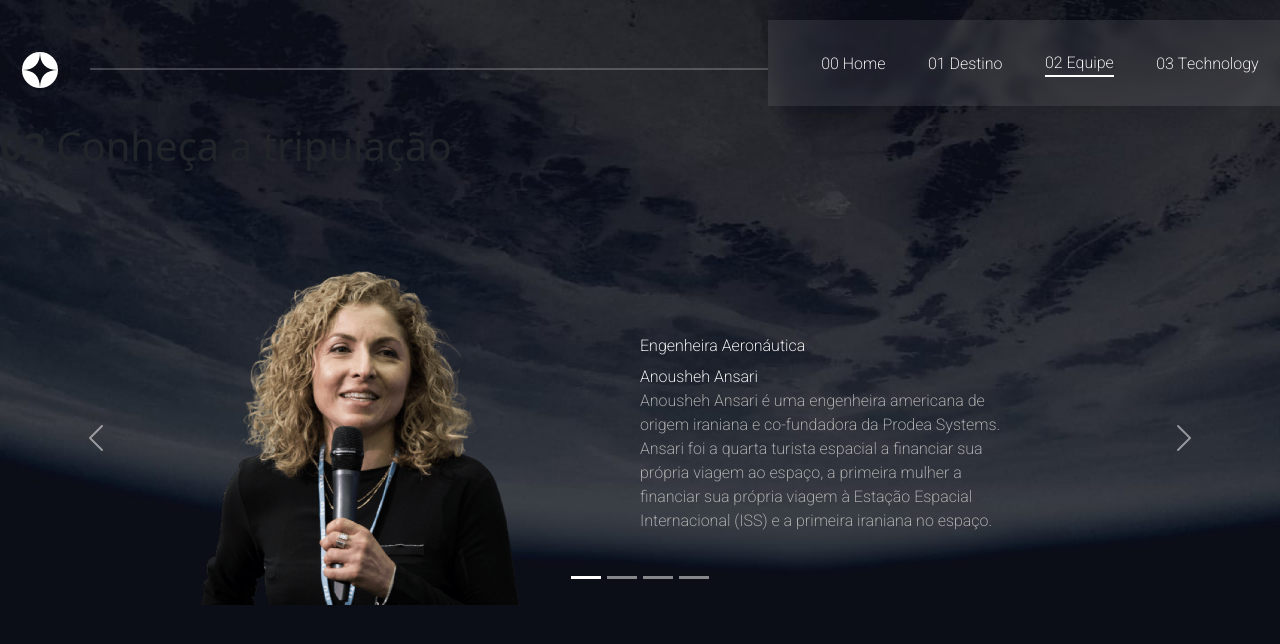
Repository: Leonngc/space-site
Page: crew-commander.html
An editor plug-in stored every save of this project. The page is shown before and after a run of saves, followed by the edit.
The browser window is 1280 px wide. The pictures show the whole page.
Some web libraries are served in a nearby version.

Above is the page before, as saved 2023-05-01 16:18:38.

### crew-commander.html
<!DOCTYPE html>
<html lang="pt-br">
<head>
  <meta charset="UTF-8">
  <meta name="viewport" content="width=device-width, initial-scale=1, minimum-scale=1">

  <link rel="icon" type="image/png" sizes="32x32" href="./assets/favicon-32x32.png">
  <link rel='stylesheet' href='https://cdn-uicons.flaticon.com/uicons-bold-rounded/css/uicons-bold-rounded.css'>
  <link rel="stylesheet" href="starter-code/styles/menu.css">
  <link rel="stylesheet" href="starter-code/styles/crew.css">

  <link href="https://cdn.jsdelivr.net/npm/bootstrap@5.3.0-alpha3/dist/css/bootstrap.min.css" rel="stylesheet" integrity="sha384-KK94CHFLLe+nY2dmCWGMq91rCGa5gtU4mk92HdvYe+M/SXH301p5ILy+dN9+nJOZ" crossorigin="anonymous">
  <script src="starter-code/script/menu.js" defer></script>
  <title>Frontend Mentor | Space tourism website</title>
</head>
<body>

  <header>
    <a href="index.html" target="_parent"><img src="starter-code/assets/shared/logo.svg" alt="" class="logo"></a>

    <div class="line"></div>
    <nav>
      <button class="menu-button"><i class="fi fi-br-menu-burger"></i></button>
      <ul class="menu">
      <li class="item-menu"><a href="index.html" target="_parent">00 Home</a></li>
      <li class="item-menu"><a href="destination-moon.html" target="_blank">01 Destino</a></li>
      <li class="item-menu page-active"><a href="#">02 Equipe</a></li>
      <li class="item-menu"><a href="#">03 Technology</a></li>
      </ul>
    </nav>
  </header>

  <h1><strong>02</strong> Conheça a tripulação</h1>

  <div id="carouselExampleIndicators" class="carousel slide" style="margin-top: 100px; margin-bottom: 100px;">
    <div class="carousel-indicators">
      <button type="button" data-bs-target="#carouselExampleIndicators" data-bs-slide-to="0" class="active" aria-current="true" aria-label="Slide 1"></button>
      <button type="button" data-bs-target="#carouselExampleIndicators" data-bs-slide-to="1" aria-label="Slide 2"></button>
      <button type="button" data-bs-target="#carouselExampleIndicators" data-bs-slide-to="2" aria-label="Slide 3"></button>
      <button type="button" data-bs-target="#carouselExampleIndicators" data-bs-slide-to="3" aria-label="Slide 4"></button>
    </div>
    <div class="carousel-inner">
      <div class="carousel-item active">
        <img src="starter-code/assets/crew/image-anousheh-ansari.png" class="d-flex w-5" alt="...">
        <div class="text-box">
          <h2>Engenheira Aeronáutica</h2>
          Anousheh Ansari

          <p>
            Anousheh Ansari é uma engenheira americana de origem iraniana e co-fundadora da Prodea Systems. Ansari foi a quarta turista espacial a financiar sua própria viagem ao espaço, a primeira mulher a financiar sua própria viagem à Estação Espacial Internacional (ISS) e a primeira iraniana no espaço.
          </p>
        </div>
      </div>
      <div class="carousel-item">
        <img src="starter-code/assets/crew/image-douglas-hurley.png" class="d-flex w-5" alt="...">

          <div class="text-box">
            <h2>Comandante</h2>
            <h3>Douglas Hurley</h3>
              <p>
                Douglas Gerald Hurley é um engenheiro, ex-piloto do Corpo de Fuzileiros Navais dos Estados Unidos e ex-astronauta da NASA. Ele foi lançado ao espaço pela terceira vez como comandante da missão Crew Dragon Demo-2.
              </p>
          </div>
      </div>
      <div class="carousel-item">
        <img src="starter-code/assets/crew/image-mark-shuttleworth.png" class="d-flex w-5" alt="...">
        <div class="text-box">
          <h2>Especialista em missões</h2>
          <h3>Mark Shuttleworth</h3>
          <p>
            Mark Richard Shuttleworth é o fundador e CEO da Canonical, a empresa por trás do sistema operacional baseado em Linux, o Ubuntu. Shuttleworth se tornou o primeiro sul-africano a viajar para o espaço como turista espacial.
          </p>
        </div>
      </div>
      <div class="carousel-item">
        <img src="starter-code/assets/crew/image-victor-glover.png" class="d-flex w-5" alt="...">
        <div class="text-box">
          <h2>Piloto</h2>
          <h3>Victor Glover</h3>
          <p>
            Piloto do primeiro voo operacional da nave SpaceX Crew Dragon para a Estação Espacial Internacional. Glover é comandante na Marinha dos Estados Unidos, onde pilota um F/A-18. Ele foi membro da tripulação da Expedição 64 e atuou como engenheiro de sistemas de voo da estação.
          </p>
        </div>
      </div>

    </div>
    <button class="carousel-control-prev" type="button" data-bs-target="#carouselExampleIndicators" data-bs-slide="prev">
      <span class="carousel-control-prev-icon" aria-hidden="true"></span>
      <span class="visually-hidden">Previous</span>
    </button>
    <button class="carousel-control-next" type="button" data-bs-target="#carouselExampleIndicators" data-bs-slide="next">
      <span class="carousel-control-next-icon" aria-hidden="true"></span>
      <span class="visually-hidden">Next</span>
    </button>
  </div>


</body>

<script src="https://cdn.jsdelivr.net/npm/@popperjs/core@2.11.7/dist/umd/popper.min.js" integrity="sha384-zYPOMqeu1DAVkHiLqWBUTcbYfZ8osu1Nd6Z89ify25QV9guujx43ITvfi12/QExE" crossorigin="anonymous"></script>
<script src="https://cdn.jsdelivr.net/npm/bootstrap@5.3.0-alpha3/dist/js/bootstrap.min.js" integrity="sha384-Y4oOpwW3duJdCWv5ly8SCFYWqFDsfob/3GkgExXKV4idmbt98QcxXYs9UoXAB7BZ" crossorigin="anonymous"></script>
</html>

### starter-code/styles/menu.css
@import url('https://fonts.googleapis.com/css2?family=Heebo:wght@200&display=swap');

*{
    padding: 0;
    margin: 0;
}


header{
    display: flex;
    justify-content: space-between;
}

.menu{
    display: none;
    margin-top: 20px;
    display: flex;
    width: 40vw ;
    height: 12vh;
    position: relative;
    list-style: none;
    overflow-x: hidden;
    background: rgba(255, 255, 255, 0.21);
    background: rgba(255, 255, 255, 0.08);
    box-shadow: 0 4px 30px rgba(0, 0, 0, 0.1);
    backdrop-filter: blur(5px);
    -webkit-backdrop-filter: blur(5px);
}

.item-menu{
    margin: auto;
}

.item-menu a{
    text-decoration: none;
    font-family: 'Heebo', sans-serif;
    color: white;
}


.line{
    background-color:  rgba(255, 255, 255, 0.21);
    height: 2px;
    width: 1110px;
    margin-top: 68px;
    margin-left: 30px;
}

.logo{
    margin-top: 50px;
    margin-left: 20px;
    width: 40px;
    height: 40px;
    padding: 2px;
}

.page-active{
    border-bottom: 2px solid white;
}

ul li > a:hover{
    font-size: 18px;
    transition: 2s;
}

.menu-button{
    display: none;
}



@media (max-width: 999px){
    .line{
        display: none;
    }
    body{
        overflow-x: hidden;
        max-width: 100vw;
    }


    .menu{
        position: absolute;
        right: 0;
        flex-direction: column;
        width: 80vw;
        height: 90vh;
        z-index: 10000;
        margin: 0;
        border-top-left-radius: 15px;
        border-bottom-left-radius: 15px;
        transform: translateX(100%);
        transition: transform 0.6s ease-in;
        background: rgba(0, 0, 0, 0.392);
        background: rgba(0, 0, 0, 0.545);
        box-shadow: 0 4px 30px rgba(0, 0, 0, 0.1);
        backdrop-filter: blur(5px);
        -webkit-backdrop-filter: blur(5px);
    }




    .menu li{
       color: white;
       font-size: 18px;
       font-weight: bold;
    }

    .menu-button{
        display: block;
        font-size: 40px;
        color: white;
        background: none;
        border: none;
        padding: 10px;
        margin-top: 40px;
    }

    ul.active{
        transform: translateX(0);
    }

}

### starter-code/styles/crew.css
@import url('https://fonts.googleapis.com/css2?family=Barlow&display=swap');
@import url('https://fonts.googleapis.com/css2?family=Heebo:wght@200&display=swap');
/*  font-family: 'Barlow', sans-serif;
    font-family: 'Heebo', sans-serif;
*/

:root{
    --title-font: 'Barlow';
    --paragraph-font: 'Heebo';
}




body{
    background-image: url(../assets/crew/background-crew-desktop.jpg);
    background-size: cover;
    background-repeat: no-repeat;
}



.carousel-inner  img{
    margin: 0;
    margin-left: 200px;
    width: 320px;
    left: 20%;
}

.text-box{
    position: absolute;
    top: 20%;
    left: 50%;
    color: white;
    width: 30vw;
    font-family: var(--paragraph-font);
}

.text-box > h2{
    font-size: 16px;
}

.text-box > h3{
    font-size: 30px;
}

.text-box > p{
    color: #b4b3b3;
}

### starter-code/script/menu.js
class MobileNavbar{
    constructor(mobileMenu, navList, navLink){
        this.mobileMenu = document.querySelector(mobileMenu);
        this.navList = document.querySelector(navList);
        this.navLink = document.querySelector(navLink);
        this.activeClass = "active";
        this.handleClick = this.handleClick.bind(this)

    }

    handleClick(){
        this.mobileMenu.classList.toggle(this.activeClass)
    }

    addClickEvent(){
        this.mobileMenu.addEventListener("click", this.handleClick);
    }

    init(){
        if(this.mobileMenu){
            this.addClickEvent();
        }
        return this;
    }
}

const mobileNavbar = new MobileNavbar(
    "nav",
    "ul",
    "ul li",
);

mobileNavbar.init()

After the next 2 saves:
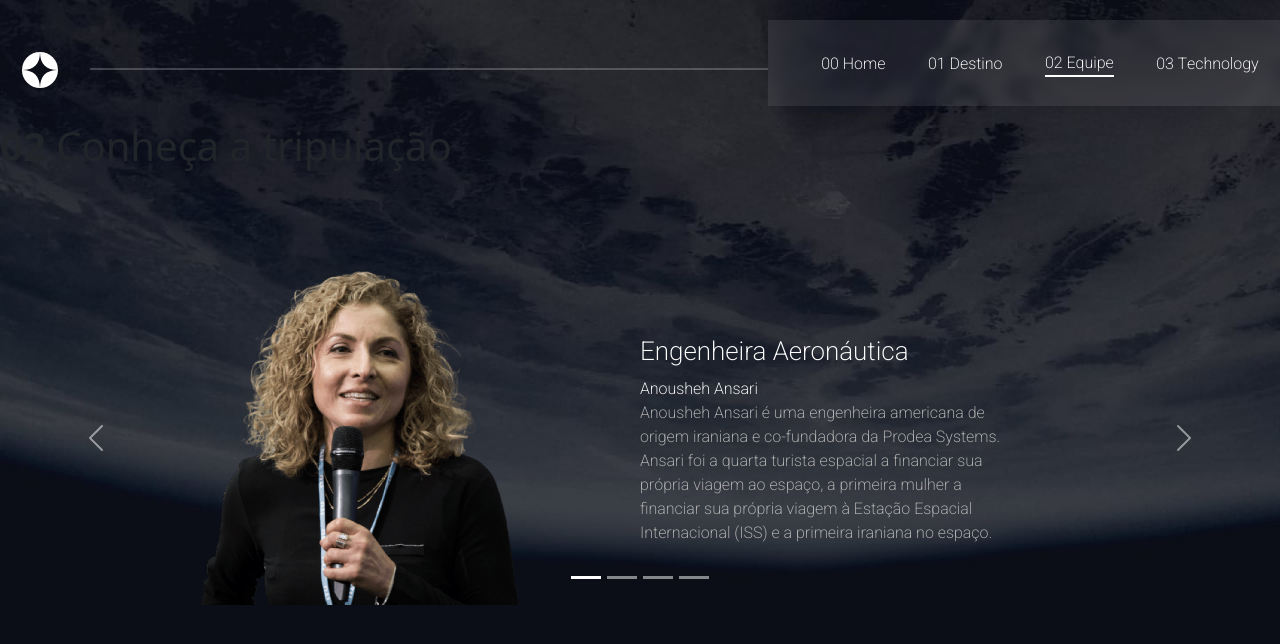
The 2 saves are shown as one change because they came seconds apart.
The last was saved 20 s later.
--- a/starter-code/styles/crew.css
+++ b/starter-code/styles/crew.css
@@ -37,11 +37,11 @@ body{
 }
 
 .text-box > h2{
-    font-size: 16px;
+    font-size: 26px;
 }
 
 .text-box > h3{
-    font-size: 30px;
+    font-size: 50px;
 }
 
 .text-box > p{
